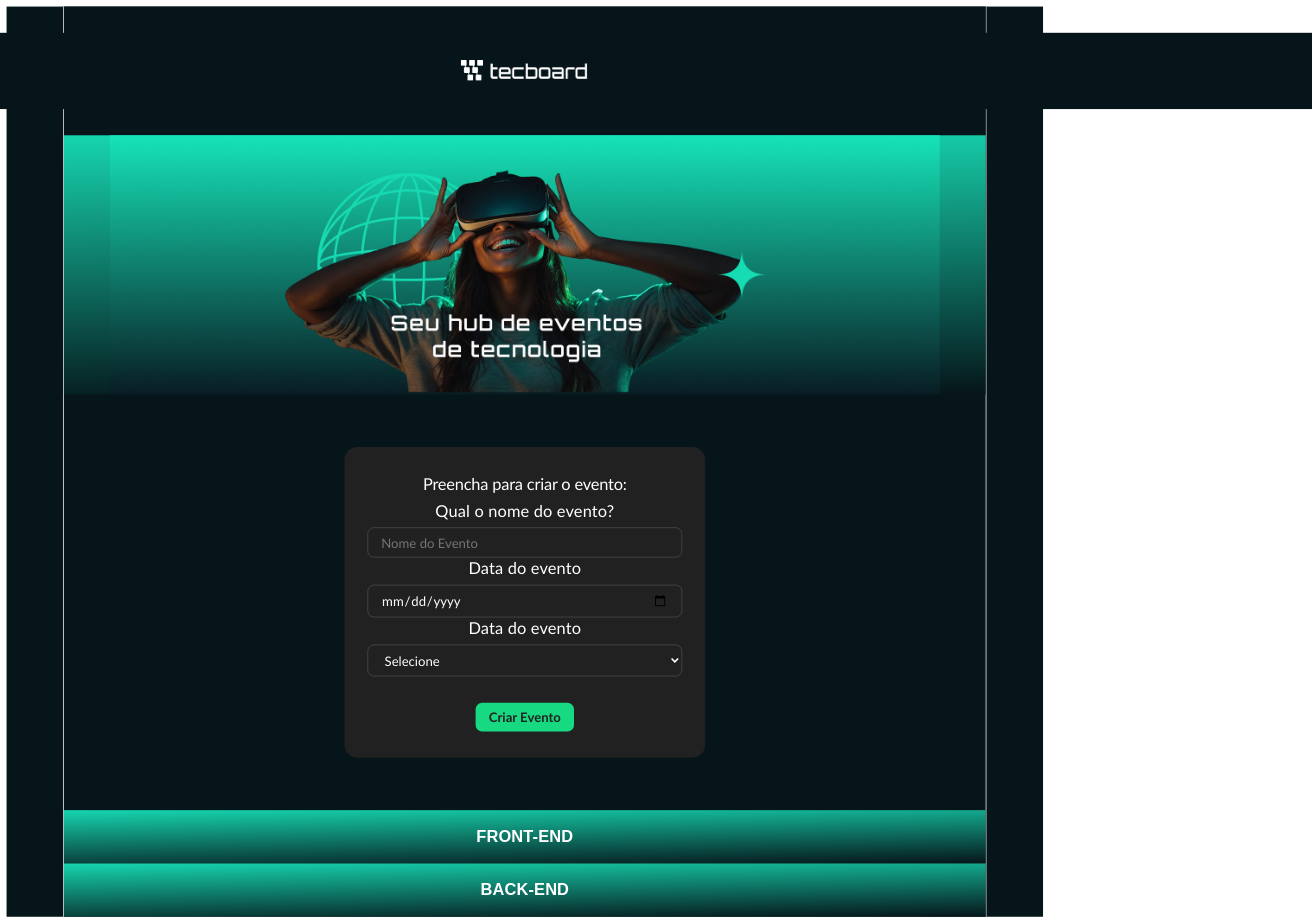
Repository: fernandadev12/techboard
Page: /
These files come from the project's save history. The page is drawn as it stood at one moment and after the next save; the edit follows.
The browser window is 1280 px wide. The page is 1600 px wide, so the pictures cover 1600 px, including what lies to the right of the window. The pictures show the whole page, at 82% of full size.
The project was rebuilt for these pictures with package versions that can differ from the ones it lists, and the page was loaded fresh each time. Also part of the build but not shown: vite.config.js.

Above is the page before, as saved 2026-06-14 17:23:26.

### index.html
<!doctype html>
<html lang="en">
  <head>
    <meta charset="UTF-8" />
    <link rel="icon" type="image/svg+xml" href="/favicon.svg" />
    <meta name="viewport" content="width=device-width, initial-scale=1.0" />
    <link rel="preconnect" href="https://fonts.googleapis.com" />
    <link rel="preconnect" href="https://fonts.gstatic.com" crossorigin />
    <link
      href="https://fonts.googleapis.com/css2?family=Orbitron:wght@400..900&display=swap"
      rel="stylesheet"
    />
    <link rel="preconnect" href="https://fonts.googleapis.com" />
    <link rel="preconnect" href="https://fonts.gstatic.com" crossorigin />
    <link
      href="https://fonts.googleapis.com/css2?family=Orbitron:wght@400..900&family=Work+Sans:ital,wght@0,100..900;1,100..900&display=swap"
      rel="stylesheet"
    />
    <title>techboard</title>
  </head>
  <body>
    <div id="root"></div>
    <script type="module" src="/src/main.jsx"></script>
  </body>
</html>

### src/index.css
:root {
  --text: #6b6375;
  --text-h: #08060d;
  --bg: #fff;
  --border: #e5e4e7;
  --code-bg: #f4f3ec;
  --accent: #aa3bff;
  --accent-bg: rgba(170, 59, 255, 0.1);
  --accent-border: rgba(170, 59, 255, 0.5);
  --social-bg: rgba(244, 243, 236, 0.5);
  --shadow:
    rgba(0, 0, 0, 0.1) 0 10px 15px -3px, rgba(0, 0, 0, 0.05) 0 4px 6px -2px;

  --sans: system-ui, "Segoe UI", Roboto, sans-serif;
  --heading: system-ui, "Segoe UI", Roboto, sans-serif;
  --mono: ui-monospace, Consolas, monospace;

  font: 18px/145% var(--sans);
  letter-spacing: 0.18px;
  color-scheme: light dark;
  color: var(--text);
  background: var(--bg);
  font-synthesis: none;
  text-rendering: optimizeLegibility;
  -webkit-font-smoothing: antialiased;
  -moz-osx-font-smoothing: grayscale;

  @media (max-width: 1024px) {
    font-size: 16px;
  }
}

* {
  font-family:
    "Trebuchet MS", "Lucida Sans Unicode", "Lucida Grande", "Lucida Sans",
    Arial, sans-serif;
}

@media (prefers-color-scheme: dark) {
  :root {
    --text: #9ca3af;
    --text-h: #f3f4f6;
    --bg: #16171d;
    --border: #2e303a;
    --code-bg: #1f2028;
    --accent: #c084fc;
    --accent-bg: rgba(192, 132, 252, 0.15);
    --accent-border: rgba(192, 132, 252, 0.5);
    --social-bg: rgba(47, 48, 58, 0.5);
    --shadow:
      rgba(0, 0, 0, 0.4) 0 10px 15px -3px, rgba(0, 0, 0, 0.25) 0 4px 6px -2px;
  }

  #social .button-icon {
    filter: invert(1) brightness(2);
  }
}

body {
  background-color: #06151a;
}

#root {
  width: 1126px;
  max-width: 100%;
  margin: 0 auto;
  text-align: center;
  border-inline: 1px solid var(--border);
  min-height: 100svh;
  display: flex;
  flex-direction: column;
  box-sizing: border-box;
}

h1,
h2 {
  font-family: var(--heading);
  font-weight: 500;
  color: var(--text-h);
}

h1 {
  font-size: 56px;
  letter-spacing: -1.68px;
  margin: 32px 0;
  @media (max-width: 1024px) {
    font-size: 36px;
    margin: 20px 0;
  }
}
h2 {
  font-size: 24px;
  line-height: 118%;
  letter-spacing: -0.24px;
  margin: 0 0 8px;
  @media (max-width: 1024px) {
    font-size: 20px;
  }
}
p {
  margin: 0;
}

code,
.counter {
  font-family: var(--mono);
  display: inline-flex;
  border-radius: 4px;
  color: var(--text-h);
}

code {
  font-size: 15px;
  line-height: 135%;
  padding: 4px 8px;
  background: var(--code-bg);
}

### src/App.jsx
import "./App.css";
import { Banner } from "./componentes/Banner";
import { Tema } from "./componentes/Tema";
import { FormularioDeEvento } from "./componentes/FormularioDeEvento";

function App() {
  const temas = [
    {
      id: 1,
      nome: "Front-end",
    },
    {
      id: 2,
      nome: "Back-end",
    },
    {
      id: 3,
      nome: "Mobile",
    },
    {
      id: 4,
      nome: "DevOps",
    },
    {
      id: 5,
      nome: "Inteligência Artificial",
    },
    {
      id: 6,
      nome: "Cloud",
    },
  ];

  temas.map;

  return (
    <main>
      <header>
        <img src="/Header.png"></img>
      </header>
      <Banner />
      <FormularioDeEvento />
      <section>
        <Tema tema={temas[0]} />
      </section>
      <section>
        <Tema tema={temas[1]} />
      </section>
    </main>
  );
}

export default App;

### src/App.css
header {
  background-color: #06151a;
  padding: 32px;
  display: flex;
  justify-content: center;
}
section {
  background: linear-gradient(179deg, #16d5af 0%, #06151a);
  display: flex;
  justify-content: center;
}
section img {
  max-width: 90%;
}

.form-evento {
  background-color: #212121;
  padding: 32px 28px;
  border-radius: 15px;
  width: 394px;
  margin: 64px auto;
  max-width: 320px;
}
.hero {
  position: relative;

  .base,
  .framework,
  .vite {
    inset-inline: 0;
    margin: 0 auto;
  }

  .base {
    width: 170px;
    position: relative;
    z-index: 0;
  }

  .framework,
  .vite {
    position: absolute;
  }

  .framework {
    z-index: 1;
    top: 34px;
    height: 28px;
    transform: perspective(2000px) rotateZ(300deg) rotateX(44deg) rotateY(39deg)
      scale(1.4);
  }

  .vite {
    z-index: 0;
    top: 107px;
    height: 26px;
    width: auto;
    transform: perspective(2000px) rotateZ(300deg) rotateX(40deg) rotateY(39deg)
      scale(0.8);
  }
}

#center {
  display: flex;
  flex-direction: column;
  gap: 25px;
  place-content: center;
  place-items: center;
  flex-grow: 1;

  @media (max-width: 1024px) {
    padding: 32px 20px 24px;
    gap: 18px;
  }
}

#next-steps {
  display: flex;
  border-top: 1px solid var(--border);
  text-align: left;

  & > div {
    flex: 1 1 0;
    padding: 32px;
    @media (max-width: 1024px) {
      padding: 24px 20px;
    }
  }

  .icon {
    margin-bottom: 16px;
    width: 22px;
    height: 22px;
  }

  @media (max-width: 1024px) {
    flex-direction: column;
    text-align: center;
  }
}

#docs {
  border-right: 1px solid var(--border);

  @media (max-width: 1024px) {
    border-right: none;
    border-bottom: 1px solid var(--border);
  }
}

#next-steps ul {
  list-style: none;
  padding: 0;
  display: flex;
  gap: 8px;
  margin: 32px 0 0;

  .logo {
    height: 18px;
  }

  a {
    color: var(--text-h);
    font-size: 16px;
    border-radius: 6px;
    background: var(--social-bg);
    display: flex;
    padding: 6px 12px;
    align-items: center;
    gap: 8px;
    text-decoration: none;
    transition: box-shadow 0.3s;

    &:hover {
      box-shadow: var(--shadow);
    }
    .button-icon {
      height: 18px;
      width: 18px;
    }
  }

  @media (max-width: 1024px) {
    margin-top: 20px;
    flex-wrap: wrap;
    justify-content: center;

    li {
      flex: 1 1 calc(50% - 8px);
    }

    a {
      width: 100%;
      justify-content: center;
      box-sizing: border-box;
    }
  }
}

#spacer {
  height: 88px;
  border-top: 1px solid var(--border);
  @media (max-width: 1024px) {
    height: 48px;
  }
}

.ticks {
  position: relative;
  width: 100%;

  &::before,
  &::after {
    content: "";
    position: absolute;
    top: -4.5px;
    border: 5px solid transparent;
  }

  &::before {
    left: 0;
    border-left-color: var(--border);
  }
  &::after {
    right: 0;
    border-right-color: var(--border);
  }
}

### src/componentes/Banner/index.jsx
import "./bannerstyles.css";

export function Banner() {
  return (
    <section className="banner">
      <img src="/Banner.jpg"></img>
    </section>
  );
}

### src/componentes/Tema/index.jsx
import "./temastyles.css";

export function Tema({ tema }) {
  return <h3 className="titulotema">{tema.nome}</h3>;
}

### src/componentes/FormularioDeEvento/index.jsx
import { TituloFormulario } from "../TituloFormulario";
import { CampoFormulario } from "../CampoDeFormulario";
import { LabelFormulario } from "../Label";
import { CampoDeEntrada } from "../CampoDeEntrada";
import "./formularioEventoStyles.css";
import { BotaoFormulario } from "../Botao";
import { ListaSuspensa } from "../ListaSuspensa";

export function FormularioDeEvento() {
  return (
    <form className="form-evento">
      <TituloFormulario> Preencha para criar o evento:</TituloFormulario>
      <div className="campor">
        <CampoFormulario>
          <LabelFormulario htmlFor="nome">
            Qual o nome do evento?
          </LabelFormulario>
          <CampoDeEntrada
            type="text"
            id="nome"
            placeholder="Nome do Evento"
            name="nomeEvento"
          />
        </CampoFormulario>

        <CampoFormulario>
          <LabelFormulario htmlFor="dataEvento">Data do evento</LabelFormulario>
          <CampoDeEntrada type="date" id="dataEvento" name="dataEvento" />
        </CampoFormulario>

        <CampoFormulario>
          <LabelFormulario htmlFor="dataEvento">Data do evento</LabelFormulario>
          <ListaSuspensa />
        </CampoFormulario>
      </div>

      <div className="acoes">
        <BotaoFormulario>Criar Evento</BotaoFormulario>
      </div>
    </form>
  );
}

### src/componentes/Banner/bannerstyles.css
.banner {
  background: linear-gradient(179deg, #16d5af 0%, #06151a);
  display: flex;
  justify-content: center;
}

.banner img {
  max-width: 90%;
}

### src/componentes/Tema/temastyles.css
.titulotema {
  color: #fff;
  font-family: "Orbiton", sans-serif;
  font-weight: 600;
  font-size: 20px;
  line-height: 125%;
  letter-spacing: 10%;
  text-transform: uppercase;
}

### src/componentes/TituloFormulario/index.jsx
import "./titulostyle.css";

// export function TituloFormulario() {
//   return <h3 class="tituloform">Preencha para criar um evento:</h3>;
// }
export function TituloFormulario({ children }) {
  return <h2 className="tituloform">{children}</h2>;
}

### src/componentes/CampoDeFormulario/index.jsx
import "./campoformestyles.css";

export function CampoFormulario({ children }) {
  return <fieldset className="campoform">{children}</fieldset>;
}

### src/componentes/Label/index.jsx
import "./labelstyles.css";

export function LabelFormulario({ children, htmlFor }) {
  return (
    <label className="label" htmlFor={htmlFor}>
      {children}
    </label>
  );
}

### src/componentes/CampoDeEntrada/index.jsx
import "./campoentradastyles.css";

export function CampoDeEntrada(props) {
  return <input className="campoformularioinput" {...props} />;
}

### src/componentes/FormularioDeEvento/formularioEventoStyles.css
.campos {
  display: flex;
  flex-direction: column;
  gap: 16px;
}

.form-evento {
  background-color: #212121;
  padding: 32px 28px;
  border-radius: 16px;
  width: 384px;
  max-width: 90%;
  margin: 64px auto;
}

.acoes {
  margin-top: 32px;
  text-align: center;
}

### src/componentes/Botao/index.jsx
import "./botaostyles.css";

export function BotaoFormulario({ children }) {
  return <button className="botaoform">{children}</button>;
}

### src/componentes/ListaSuspensa/index.jsx
import "./listasuspensastyles.css";

export function ListaSuspensa() {
  return (
    <select className="listasuspensaform">
      <option value="">Selecione</option>
      <option value="valor1">valor1</option>
      <option value="valor2">valor2</option>
    </select>
  );
}

### src/componentes/TituloFormulario/titulostyle.css
.tituloform {
  font-family:
    "Trebuchet MS", "Lucida Sans Unicode", "Lucida Grande", "Lucida Sans",
    Arial, sans-serif;
  font-weight: 400;
  font-size: 20px;
  line-height: 125%;
  color: #fff;
}

### src/componentes/CampoDeFormulario/campoformestyles.css
.campoform {
  display: flex;
  flex-direction: column;
  gap: 8px;
  border: none;
  padding: 0;
  margin: 0;
}

### src/componentes/Label/labelstyles.css
.label {
  font-family:
    "Trebuchet MS", "Lucida Sans Unicode", "Lucida Grande", "Lucida Sans",
    Arial, sans-serif;
  font-weight: 400;
  font-size: 20px;
  line-height: 125%;
  color: #fff;
}

### src/componentes/CampoDeEntrada/campoentradastyles.css
.campoformularioinput {
  border-radius: 8px;
  background-color: transparent;
  border: 1px solid #4a4949;
  color: #fff;
  padding: 8px 16px;
  font-size: 16px;
  font-weight: 400;
  line-height: 120%;
}

.campoformularioinput:placeholder {
  color: #4a4949;
}

### src/componentes/Botao/botaostyles.css
.botaoform {
  font-weight: 600;
  font-size: 16px;
  line-height: 120%;
  color: #212121;
  padding: 8px 16px;
  background-color: #17d981;
  border-radius: 8px;
  border: none;
}

.botaoform:hover {
  opacity: 0.8;
  cursor: pointer;
}

### src/componentes/ListaSuspensa/listasuspensastyles.css
.listasuspensaform {
  border-radius: 8px;
  background-color: transparent;
  border: 1px solid #4a4949;
  color: #fff;
  padding: 8px 16px;
  font-size: 16px;
  font-weight: 400;
  line-height: 120%;
}

Loaded but not shown: src/main.jsx (common file)

After the next save:
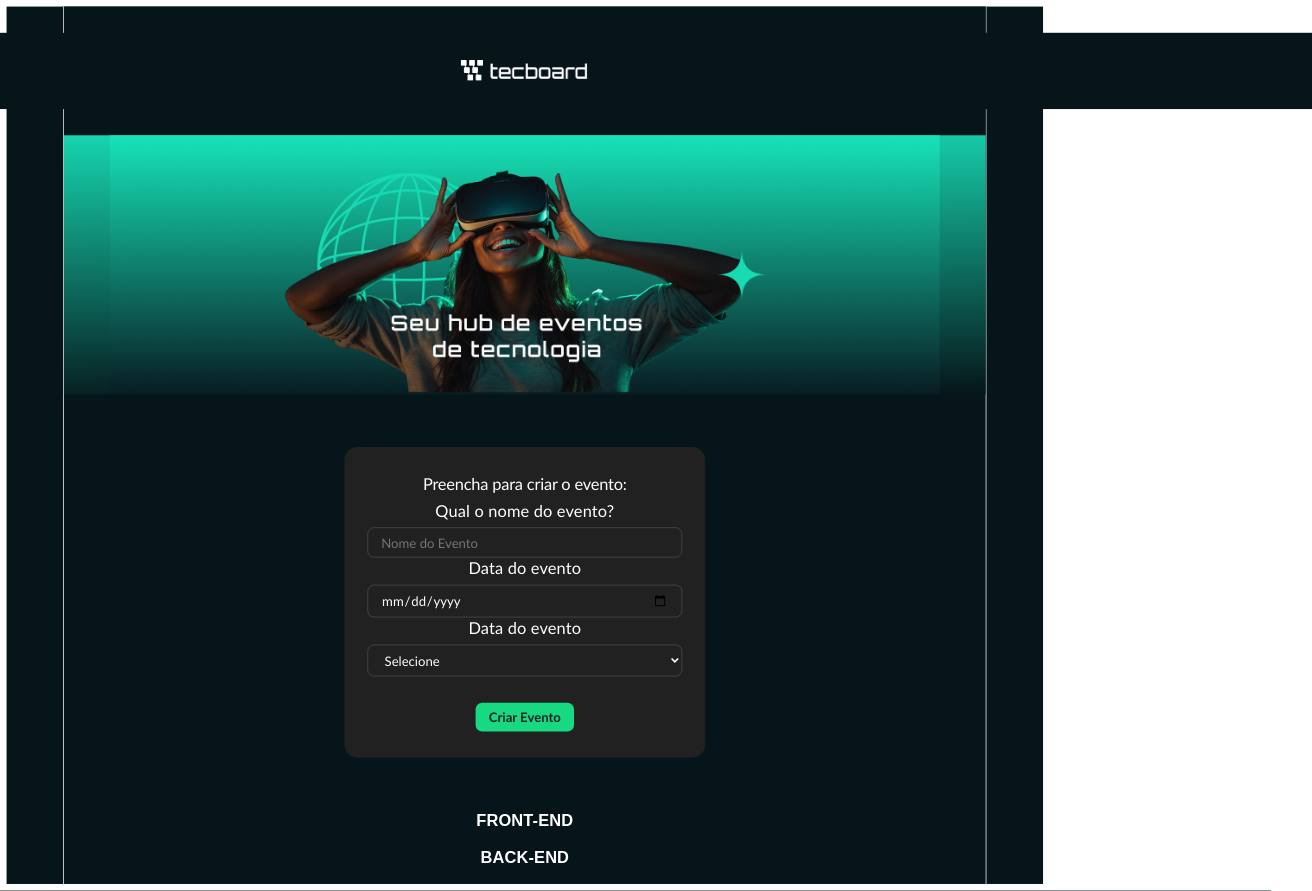
Saved 25 min 46 s later.
--- a/src/App.css
+++ b/src/App.css
@@ -3,14 +3,6 @@
   padding: 32px;
   display: flex;
   justify-content: center;
-}
-section {
-  background: linear-gradient(179deg, #16d5af 0%, #06151a);
-  display: flex;
-  justify-content: center;
-}
-section img {
-  max-width: 90%;
 }
 
 .form-evento {
